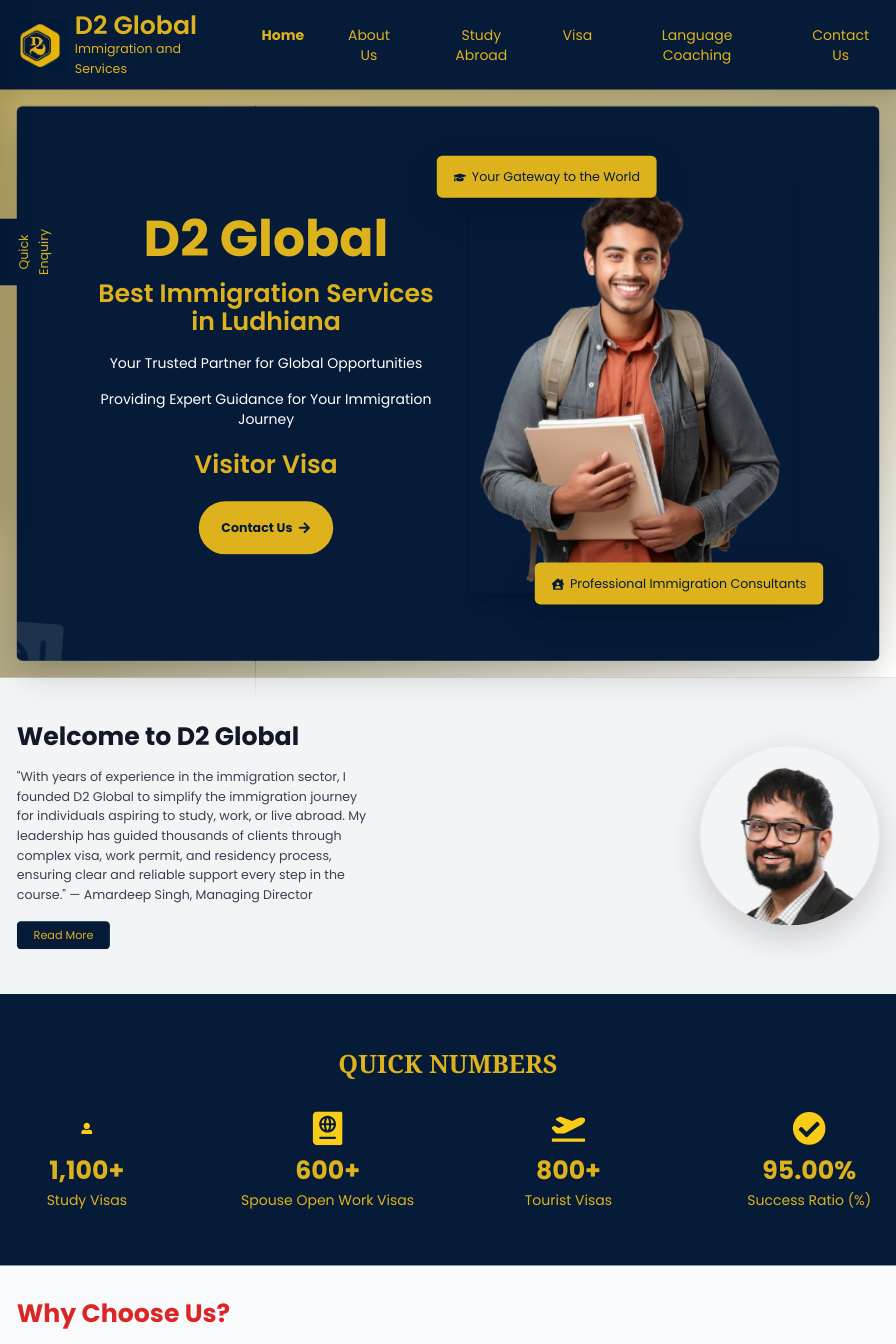
Repository: abhijeets54/d2globalbackup
Page: /
The author's editor kept a copy of each file at every save. The page is drawn from the files as they stood at one save, then again after a run of saves.
The browser window is 1280 px wide. The pictures show the part of the page from y = 0 to 1920 px (the page is 6872 px tall before and 720 px after), at 70% of full size.
The page's requests for data from a server got no answer. The project was rebuilt for these pictures with package versions that can differ from the ones it lists, and the page was loaded fresh each time. No one was signed in, and anything a server would have sent is missing. Also part of the build but not shown: vite.config.js, src/components/Button.jsx, src/components/PostCard.jsx, src/components/Input.jsx, src/components/Collage.jsx, src/components/PopupForm.jsx, src/components/Events.jsx, src/components/People.jsx and 29 more. Imported but missing from the stored project, and not drawn on this page: src/components/Donate/RestoftheWorld.jsx, src/components/Donate/WithInIndia.jsx, src/components/JoinUs.jsx, src/components/Projects/Awareness.jsx, src/components/Projects/Education.jsx, src/components/Projects/HumanitarianAid.jsx, src/components/ThreePillars.jsx, src/pages/Donate.jsx and 2 more.

Above is the page before, as saved 2024-10-04 16:56:59.

After the next 2 saves:
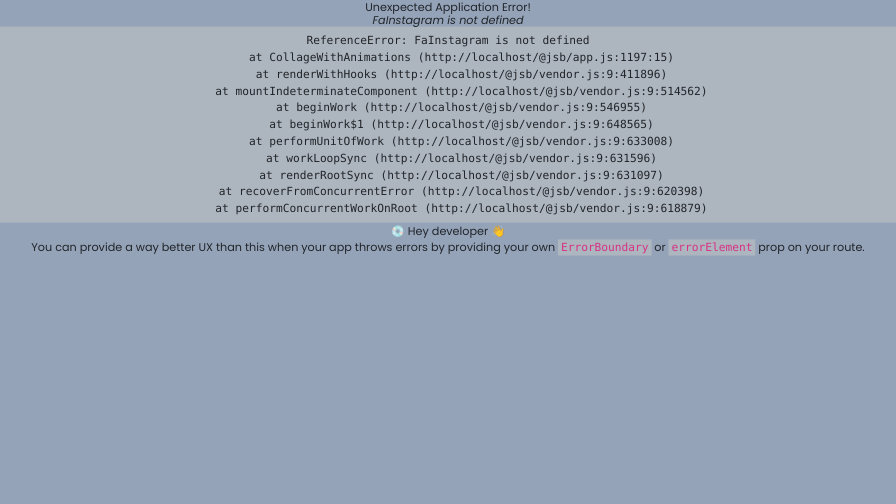
Console error: ReferenceError: FaInstagram is not defined
The 2 saves are shown as one change because they came seconds apart.
The last was saved 20 h 5 min later.
--- a/src/components/CollageWithAnimations.jsx
+++ b/src/components/CollageWithAnimations.jsx
@@ -122,6 +122,23 @@
           <FaPassport />
         </motion.div>
       </div>
+      <div className="fixed right-4 md:right-10 top-1/2 transform -translate-y-1/2 flex flex-col space-y-4 z-50">
+        {[
+          { icon: FaInstagram, url: 'https://www.instagram.com/d2globalinfo?igsh=M244eHMycGdvZDhm' },
+          { icon: FaFacebookF, url: 'https://www.facebook.com/profile.php?id=100013114175614&mibextid=LQQJ4d' },
+          { icon: FaYoutube, url: 'http://www.youtube.com/@D2Global' }
+        ].map((social, index) => (
+          <motion.button
+            key={index}
+            className="w-14 h-14 flex items-center justify-center rounded-full bg-customBlue/80 hover:bg-customYellow text-white hover:text-customBlue transition-all duration-300 shadow-md hover:shadow-lg"
+            onClick={() => handleSocialClick(social.url)}
+            whileHover={{ scale: 1.1 }}
+            whileTap={{ scale: 0.9 }}
+          >
+            <social.icon className="text-2xl" />
+          </motion.button>
+        ))}
+      </div>
     </div>
   );
 };

After the 2 saves that followed:
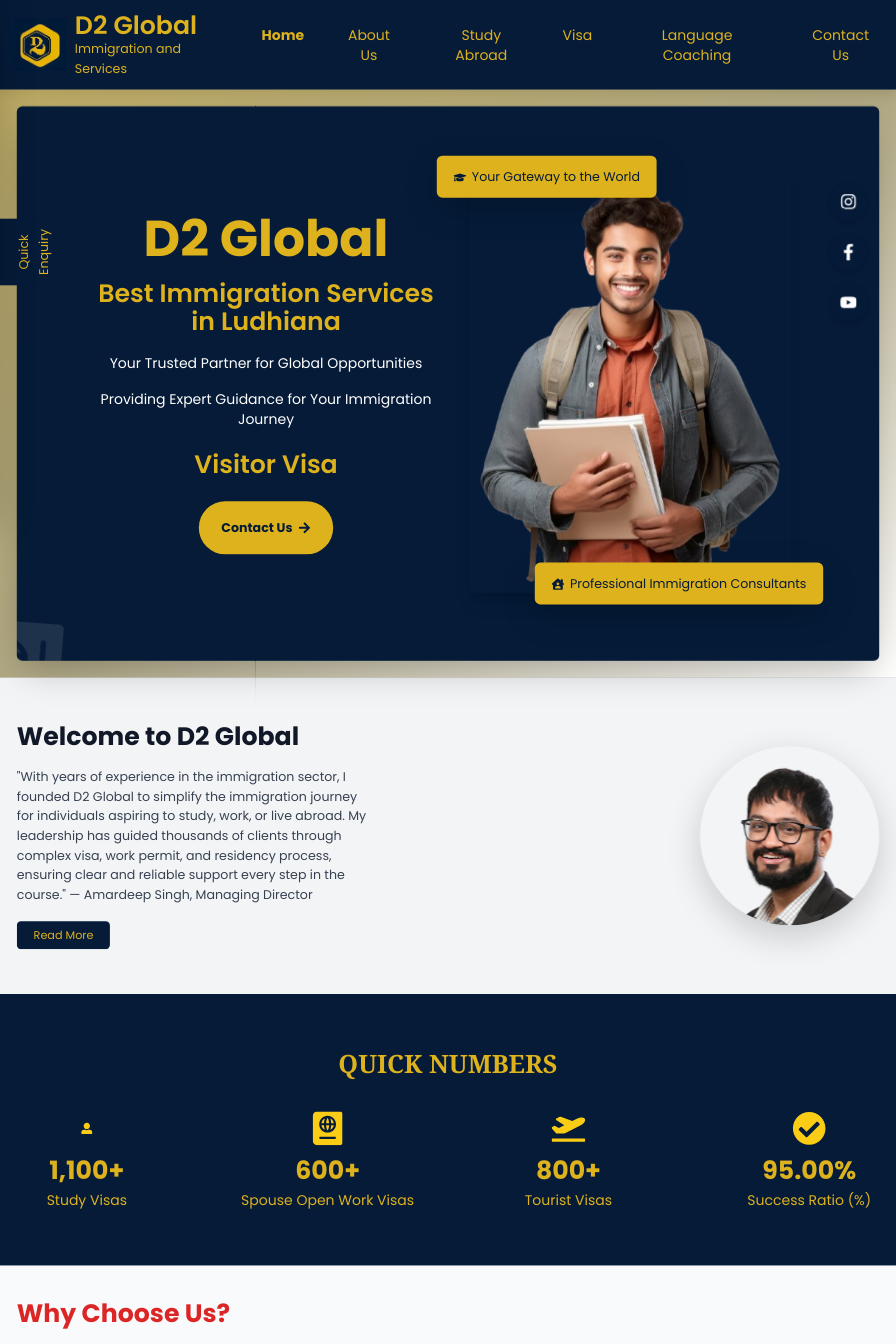
The error is gone.
The 2 saves are shown as one change because 1 did not build or start.
The last was saved 58 s later.
--- a/src/components/CollageWithAnimations.jsx
+++ b/src/components/CollageWithAnimations.jsx
@@ -1,6 +1,6 @@
 import React, { useEffect, useState } from 'react';
 import { motion } from 'framer-motion';
-import { FaArrowRight, FaGlobeAmericas, FaPassport, FaPlane, FaGraduationCap, FaHouseUser } from 'react-icons/fa';
+import { FaArrowRight, FaGlobeAmericas, FaPassport, FaPlane, FaGraduationCap, FaHouseUser,FaInstagram, FaFacebookF, FaYoutube } from 'react-icons/fa';
 import { useNavigate } from 'react-router-dom';
 
 const CollageWithAnimations = () => {
